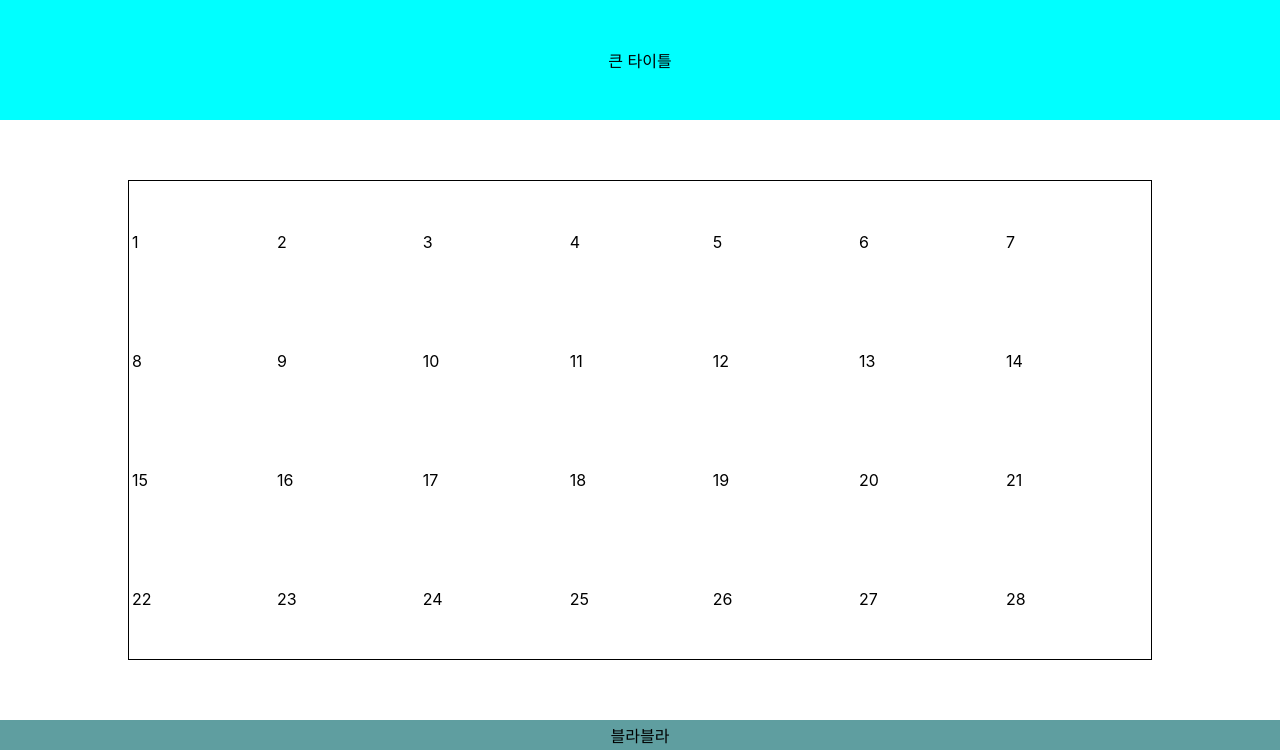
Repository: honeybong/SANGBONG
Page: /
The author's editor kept a copy of each file at every save. The page is drawn from the files as they stood at one save, then again after the next save.
The browser window is 1280 px wide. The pictures show the whole page.
The project was rebuilt for these pictures with package versions that can differ from the ones it lists, and the page was loaded fresh each time.

Above is the page before, as saved 2023-03-22 12:58:25.

After the next save:
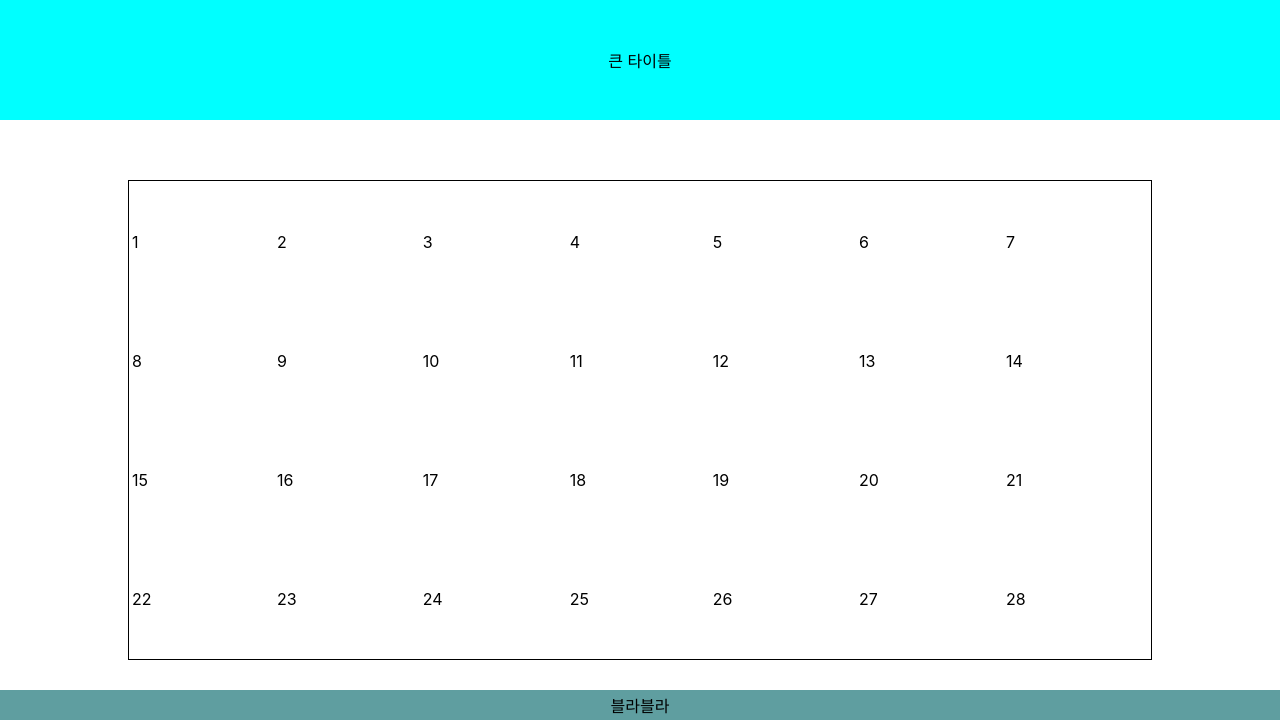
Saved 65 s later.
--- a/src/App.scss
+++ b/src/App.scss
@@ -25,6 +25,9 @@
   }
 }
 .test-footer {
+  position: fixed;
+  bottom: 0;
+  width:100%;
   .test-mes {
     background-color: cadetblue;
     text-align: center;
